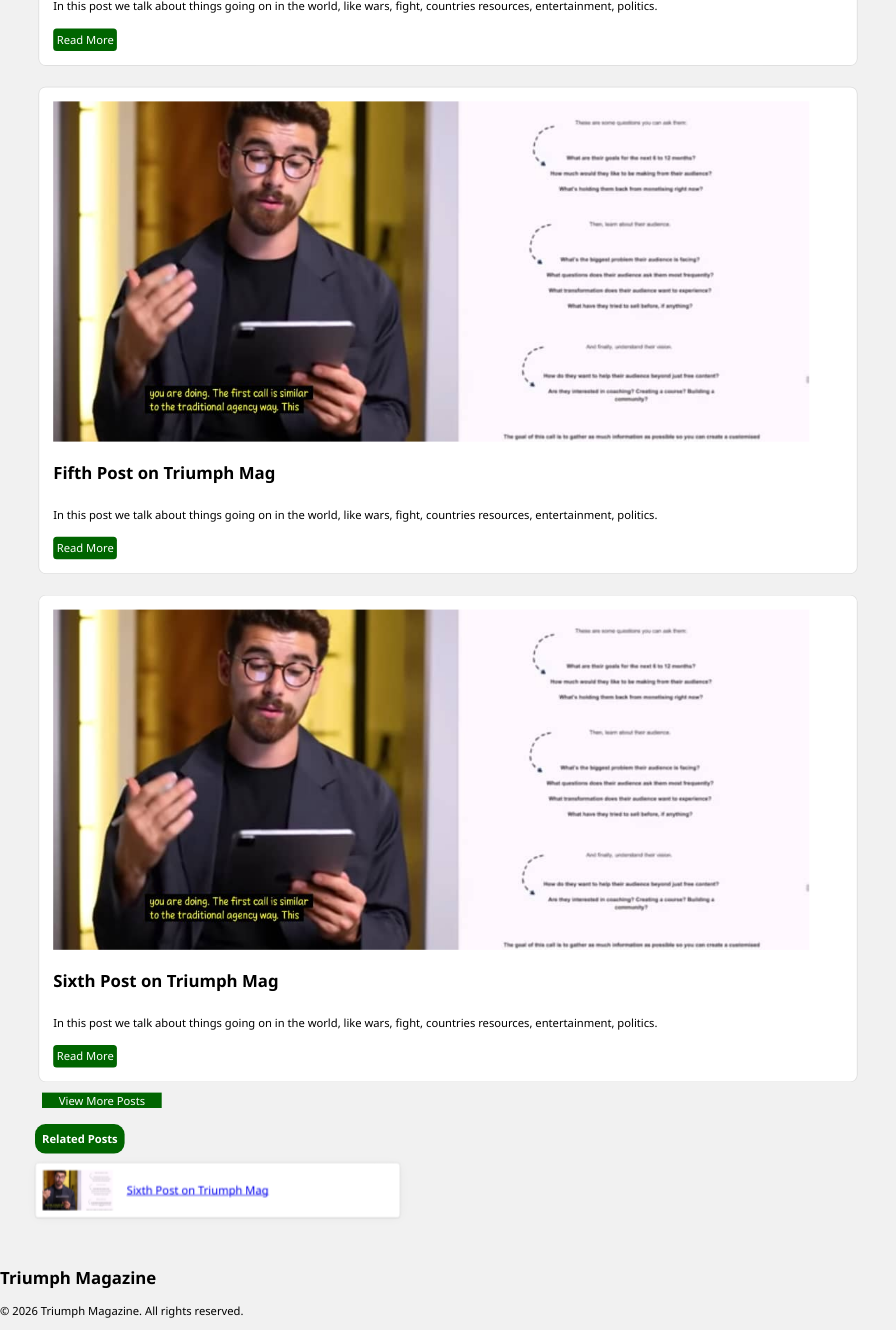
Repository: zikcolle/Triumph-Blog
Page: index.html
An editor plug-in stored every save of this project. The page is shown before and after a run of saves, followed by the edit.
The browser window is 1280 px wide. The pictures show the part of the page from y = 3697 to 5617 px (the page is 5597 px tall before and 5617 px after), at 70% of full size.

Above is the page before, as saved 2026-06-22 14:54:27.

### index.html
<!DOCTYPE html>
<html lang="en">

<head>
    <meta charset="UTF-8">
    <meta name="viewport" content="width=device-width, initial-scale=1.0">
    <title>Triumph Magazine</title>
    <link rel="stylesheet" href="styles.css">
</head>

<body>
    <header>
        <nav>
            <div class="logo">Triumph Magazine</div>
            <div class="hamburger" onclick="toggleMenu()">
                <svg width="30" height="30">
                    <line x1="3" y1="5" x2="27" y2="5" stroke="black" stroke-width="3" />
                    <line x1="3" y1="15" x2="27" y2="15" stroke="black" stroke-width="3" />
                    <line x1="3" y1="25" x2="27" y2="25" stroke="black" stroke-width="3" />
                </svg>


            </div>
            <ul id="nav-links">
                <li><a href="#">Home</a></li>
                <li><a href="/about-us">About</a></li>
                <li><a href="/contact-us">Contact</a></li>
            </ul>
        </nav>
    </header>


    <main>
        <section>
            <div>
                <h2 class="label-post">Trending Post 🔥</h2>
            </div>
            <div class="feat-post">
                <img src="simage\postiman.jpeg">
                <h1>How to make mony online as a beginner</h1>
                <p>In this post you would learn how to make money as a beginner as we delve into 20 ways you can earn
                    using your phone and the internet. These methods have been proven by millions of people in the
                    digital space and its best for you to know about it.</p>
                <a href="#" class="read-more">Read More</a>
            </div>
        </section>

        <section>
            <div>
                <h2 class="label-post" id="post-label">Recent Post</h2>
            </div>

            <div class="post-grid">
                <div class="blog-post">
                    <img src="simage\postiman.jpeg">
                    <h1>First Post on Triumph Mag</h1>
                    <p>In this post we talk about things going on in the world, like wars, fight, countries resources,
                        entertainment, politics.</p>
                    <a href="#" class="read-more">Read More</a>
                </div>

                <div class="blog-post">
                    <img src="simage\postiman.jpeg">
                    <h1>Second Post on Triumph Mag</h1>
                    <p>In this post we talk about things going on in the world, like wars, fight, countries resources,
                        entertainment, politics.</p>
                    <a href="#" class="read-more">Read More</a>
                </div>

                <div class="blog-post">
                    <img src="simage\postiman.jpeg">
                    <h1>Third Post on Triumph Mag</h1>
                    <p>In this post we talk about things going on in the world, like wars, fight, countries resources,
                        entertainment, politics.</p>
                    <a href="#" class="read-more">Read More</a>
                </div>

                <div class="blog-post">
                    <img src="simage\postiman.jpeg">
                    <h1>Fourth Post on Triumph Mag</h1>
                    <p>In this post we talk about things going on in the world, like wars, fight, countries resources,
                        entertainment, politics.</p>
                    <a href="#" class="read-more">Read More</a>
                </div>

                <div class="blog-post">
                    <img src="simage\postiman.jpeg">
                    <h1>Fifth Post on Triumph Mag</h1>
                    <p>In this post we talk about things going on in the world, like wars, fight, countries resources,
                        entertainment, politics.</p>
                    <a href="#" class="read-more">Read More</a>
                </div>

                <div class="blog-post">
                    <img src="simage\postiman.jpeg">
                    <h1>Sixth Post on Triumph Mag</h1>
                    <p>In this post we talk about things going on in the world, like wars, fight, countries resources,
                        entertainment, politics.</p>
                    <a href="#" class="read-more">Read More</a>
                </div>

            </div>
        </section>
        <a href="/blog" class="view-more">View More Posts</a>
        <section>
            <h2 class="label-post">Related Posts</h2>
            <div class="rel-post">
                <img src="simage\postiman.jpeg">
                <p><a href="/blog">Sixth Post on Triumph Mag</a></p>
            </div>
        </section>
    </main>

    <footer>
        <h2>Triumph Magazine</h2>
        <p>© 2026 Triumph Magazine. All rights reserved.</p>
    </footer>

</body>

</html>

<script>
    function toggleMenu() {
        document.getElementById('nav-links').classList.toggle('active');
    }
</script>

### styles.css
body {
    background-color: rgb(241, 241, 241);
    color: rgb(0, 0, 0);
    font-family:'Segoe UI', Tahoma, Geneva, Verdana, sans-serif;
    padding: 0;
    margin: 0;

}

header {
    background-color: rgba(255,255,255,0.92);
    padding: 10px 20px;
    border-bottom: 1px solid rgba(0, 0, 0, 0.108);
    backdrop-filter: blur(20px) saturate(180%);
    -webkit-backdrop-filter: blur(20px) saturate(180%);
    box-shadow: 0 1px 0 rgba(0,0,0,0.04), 0 2px 16px rgba(0,0,0,0.04);
    color: rgb(0, 101, 0);
    width: 100%;
    box-sizing: border-box;
}

nav {
    display: flex;
    justify-content: space-between;
    align-items: center;
}

nav ul {
    list-style: none;
    display: flex;
    gap: 20px;
    margin: 0;
    padding: 0;
}

nav ul li a {
    text-decoration: none;
    color: rgb(0, 0, 0);
}

nav a:hover {
    color: rgb(0, 101, 0);
    text-decoration: underline;
}

.hamburger {
    display: none;
    font-size: 24px;
}

@media (max-width: 768px) {
    nav ul {
        display: none;
        flex-direction: column;
        position: absolute;
        top: 60px;
        right: 0;
        background: rgb(255, 255, 255);
        width: 100%;
        text-align: center;
        padding: 20px;
        box-shadow: 0 2px 5px rgba(0, 0, 0, 0.1);
        z-index: 1000;
    }

    nav ul.active {
        display: flex !important;
    }

    nav ul li {
        margin: 10px 0;
    }

    .hamburger {
        display: block;
        cursor: pointer;
    }
}

main {
    padding: 50px;
}

@media (min-width: 768px) {
    main {
        padding: 50px;
    }
}

img, svg, video, canvas, iframe {
  max-width: 100%;
  height: auto;
  display: block;
}

.label-post {
    background-color: rgb(0, 101, 0);
    color: rgb(255, 255, 255);
    max-width: fit-content;
    padding: 10px;
    border-radius: 15px;
    font-size: 1rem;
}

.feat-post {
    background-color: rgb(255, 255, 255);
    border: 1px solid rgba(0, 0, 0, 0.129);
    max-width: 100%;
    height: auto;
    align-items: center;
    display: block;
    border-radius: 10px;
    backdrop-filter: blur(20px) saturate(180%);
    -webkit-backdrop-filter: blur(20px) saturate(180%);
    box-shadow: 0 1px 0 rgba(0,0,0,0.04), 0 2px 16px rgba(0,0,0,0.04);
    padding: 20px;
    image-rendering: auto;
    justify-content: center;
}

.read-more {
    background-color: rgb(0, 101, 0);
    color: rgb(255, 255, 255);
    text-decoration: none;
    max-width: fit-content;
    padding: 5px;
    border-radius: 5px;
}

.post-grid {
    display: grid;
    grid-template-columns: repeat(auto-fit, minmax(600px, 1fr));
    gap: 20px;
}

.blog-post {
    background-color: rgb(255, 255, 255);
    border: 1px solid rgba(0, 0, 0, 0.129);
    border-radius: 10px;
    padding: 20px;
    margin: 5px;
    line-height: 2;
}

.view-more {
    background-color: rgb(0, 101, 0);
    color: rgb(255, 255, 255);
    text-decoration: none;
    display: inline-block;
    padding: 10px 24px;
    margin: 10px;
    padding-top: 0;
    padding-bottom: 0;
}

.rel-post {
   display: flex;
   align-items: center;
   gap: 20px;
   background-color: rgb(255, 255, 255);
   width: 100%;
   max-width: 500px;
   padding: 10px;
   border: 1px solid rgba(0, 0, 0, 0.129);
   border-radius: 5px;
   backdrop-filter: blur(20px) saturate(180%);
   -webkit-backdrop-filter: blur(20px) saturate(180%);
   box-shadow: 0 1px 0 rgba(0,0,0,0.04), 0 2px 16px rgba(0,0,0,0.04);
}

.rel-post img {
    width: 100px;
    aspect-ratio: 16 / 9;
    object-fit: cover;
}

After the next 2 saves:
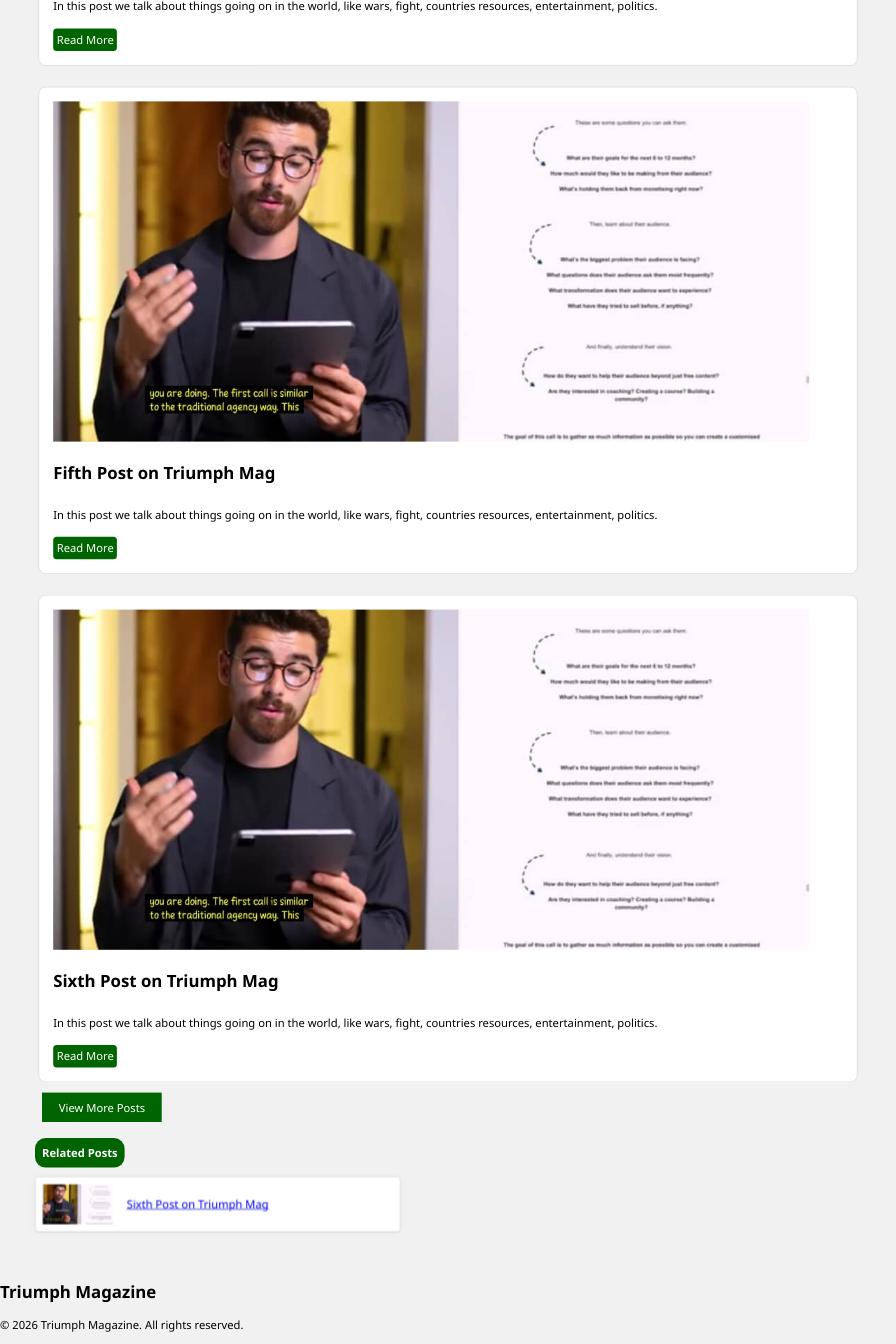
The 2 saves are shown as one change because they came seconds apart.
The last was saved 26 s later.
--- a/styles.css
+++ b/styles.css
@@ -149,8 +149,7 @@ img, svg, video, canvas, iframe {
     display: inline-block;
     padding: 10px 24px;
     margin: 10px;
-    padding-top: 0;
-    padding-bottom: 0;
+    bor
 }
 
 .rel-post {
